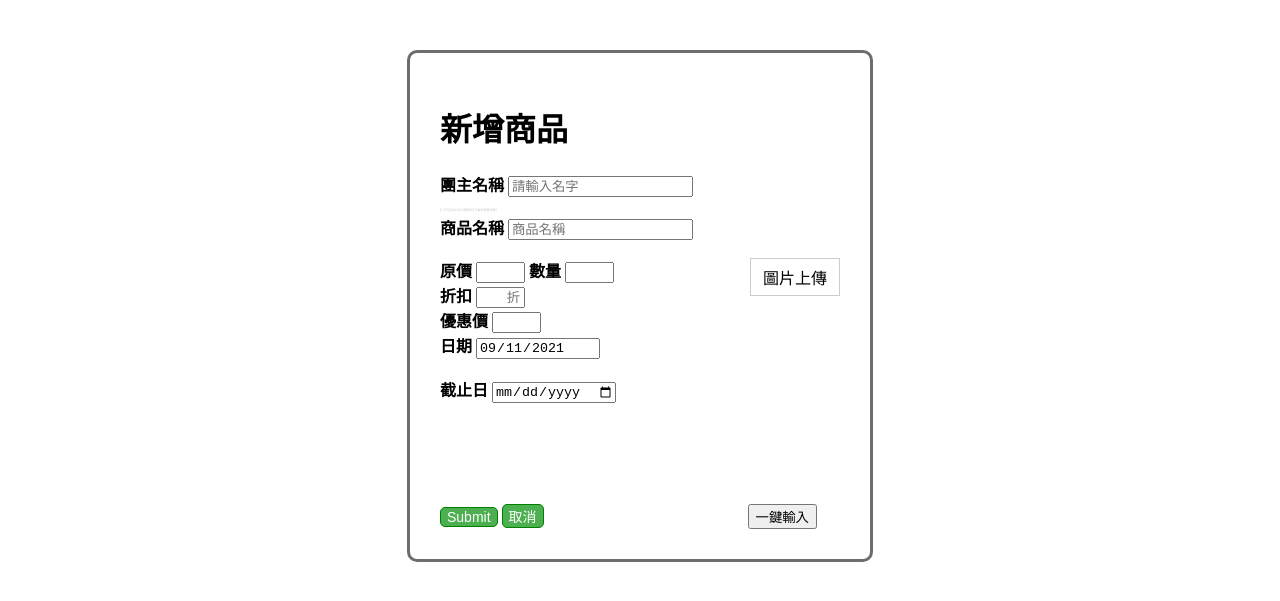
Repository: irlmpbfhvf2009/2021-09-17-Pro2-MVC
Page: http://localhost/Groupon/Manage-add.jsp
An editor plug-in stored every save of this project. The page is shown before and after the next save, followed by the edit.
The browser window is 1280 px wide. The pictures show the whole page.
The page is served by Tomcat 9.

Above is the page before, as saved 2021-09-14 04:10:05.

After the next save:
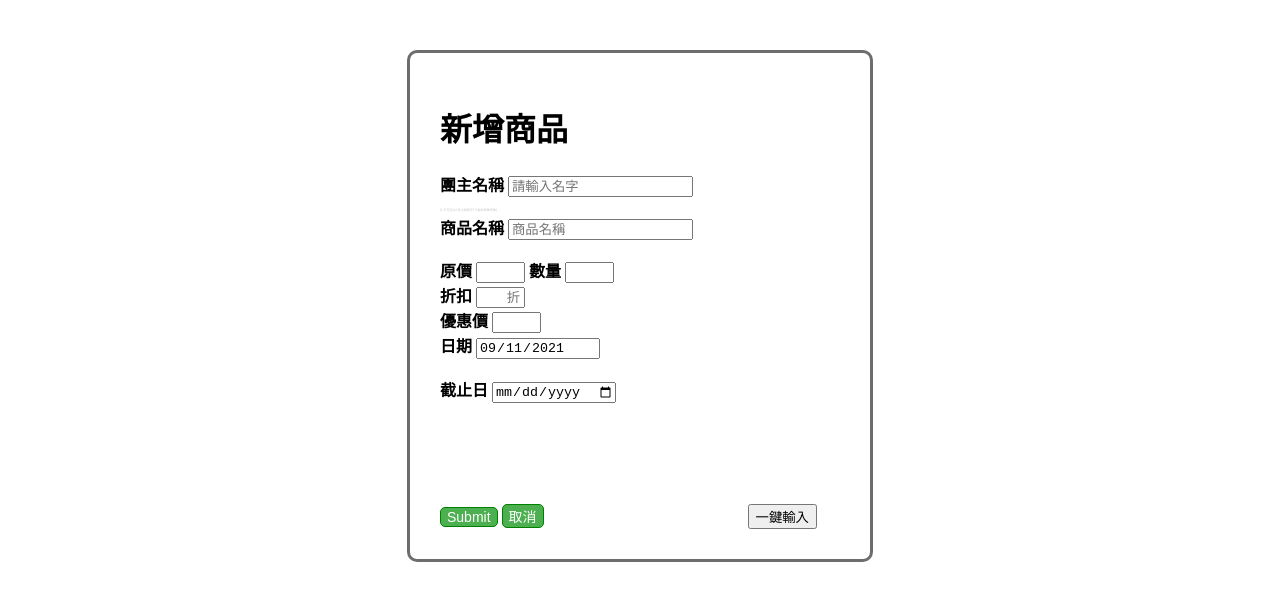
Saved 52 s later.
--- a/Groupon/src/main/webapp/Manage-add.jsp
+++ b/Groupon/src/main/webapp/Manage-add.jsp
@@ -39,7 +39,7 @@
 
 						<!-- 圖片 -->
 			<div style="float:right;">
-			<label for="file-upload" class="custom-file-upload"><i class="fa fa-cloud-upload"></i> 圖片上傳</label>
+			<!--<label for="file-upload" class="custom-file-upload"><i class="fa fa-cloud-upload"></i> 圖片上傳</label>  -->
 			<input id="file-upload" type="file" name="img" class="upl" />
 			    <div>
         			<img class="preview" style="max-width: 150px; max-height: 150px;">

After the save that followed:
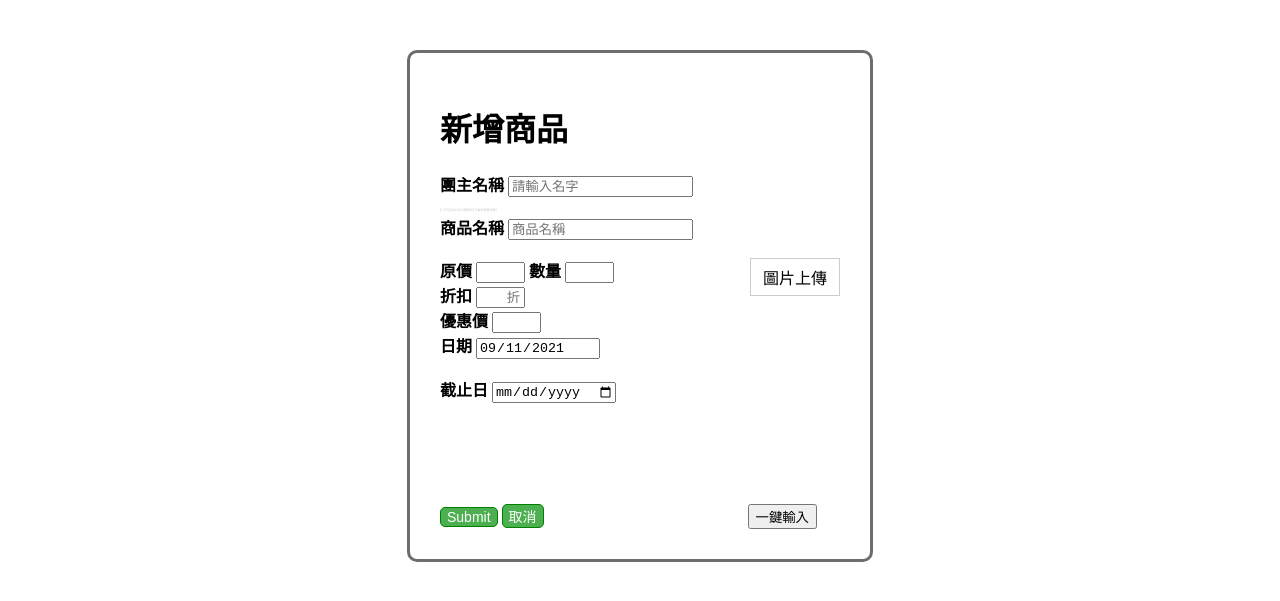
Saved 18 s later.
--- a/Groupon/src/main/webapp/Manage-add.jsp
+++ b/Groupon/src/main/webapp/Manage-add.jsp
@@ -39,7 +39,7 @@
 
 						<!-- 圖片 -->
 			<div style="float:right;">
-			<!--<label for="file-upload" class="custom-file-upload"><i class="fa fa-cloud-upload"></i> 圖片上傳</label>  -->
+			<label for="file-upload" class="custom-file-upload"><i class="fa fa-cloud-upload"></i> 圖片上傳</label>
 			<input id="file-upload" type="file" name="img" class="upl" />
 			    <div>
         			<img class="preview" style="max-width: 150px; max-height: 150px;">
